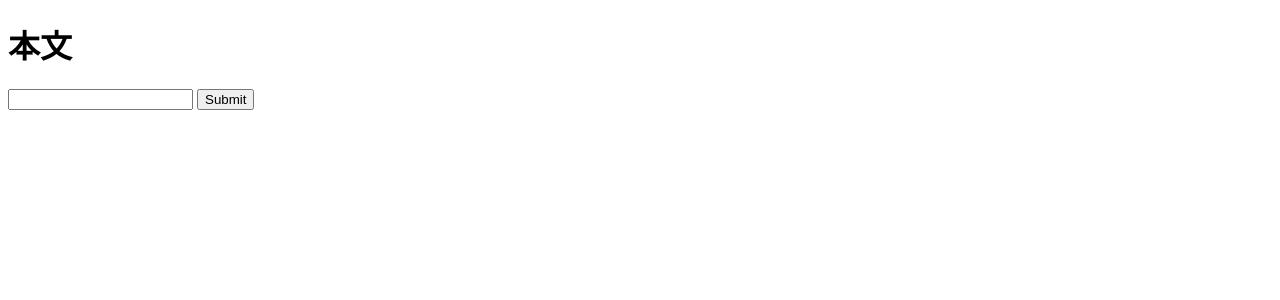
Repository: masanarimiura/20220618_miura
Page: http://localhost/
An editor plug-in stored every save of this project. The page is shown before and after a run of saves, followed by the edit.
The browser window is 1280 px wide. The pictures show the whole page.
The page is served by the project's Laravel application, run on PHP 8.4 with Laravel 8.

Above is the page before, as saved 2022-06-18 11:09:48.

After the next 4 saves:
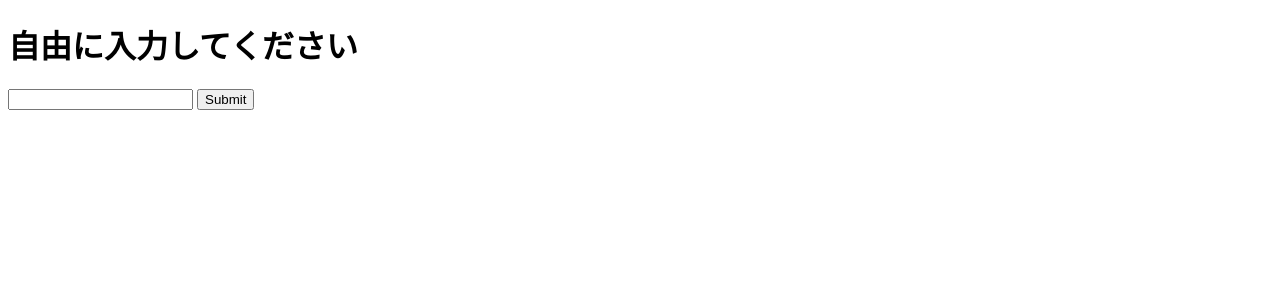
The 4 saves are shown as one change because they came seconds apart.
The last was saved 53 s later.
--- a/app/Http/Controllers/TaskController.php
+++ b/app/Http/Controllers/TaskController.php
@@ -9,7 +9,15 @@ class TaskController extends Controller
     public function index()
     {
         $item = [
-            'content' => '本文',
+            'content' => '自由に入力してください',
+        ];
+        return view('index', $item);
+    }
+    public function post(Request $request)
+    {
+        $content = $request->content;
+        $item = [
+            'content' => $content . 'と入力しましたね'
         ];
         return view('index', $item);
     }
